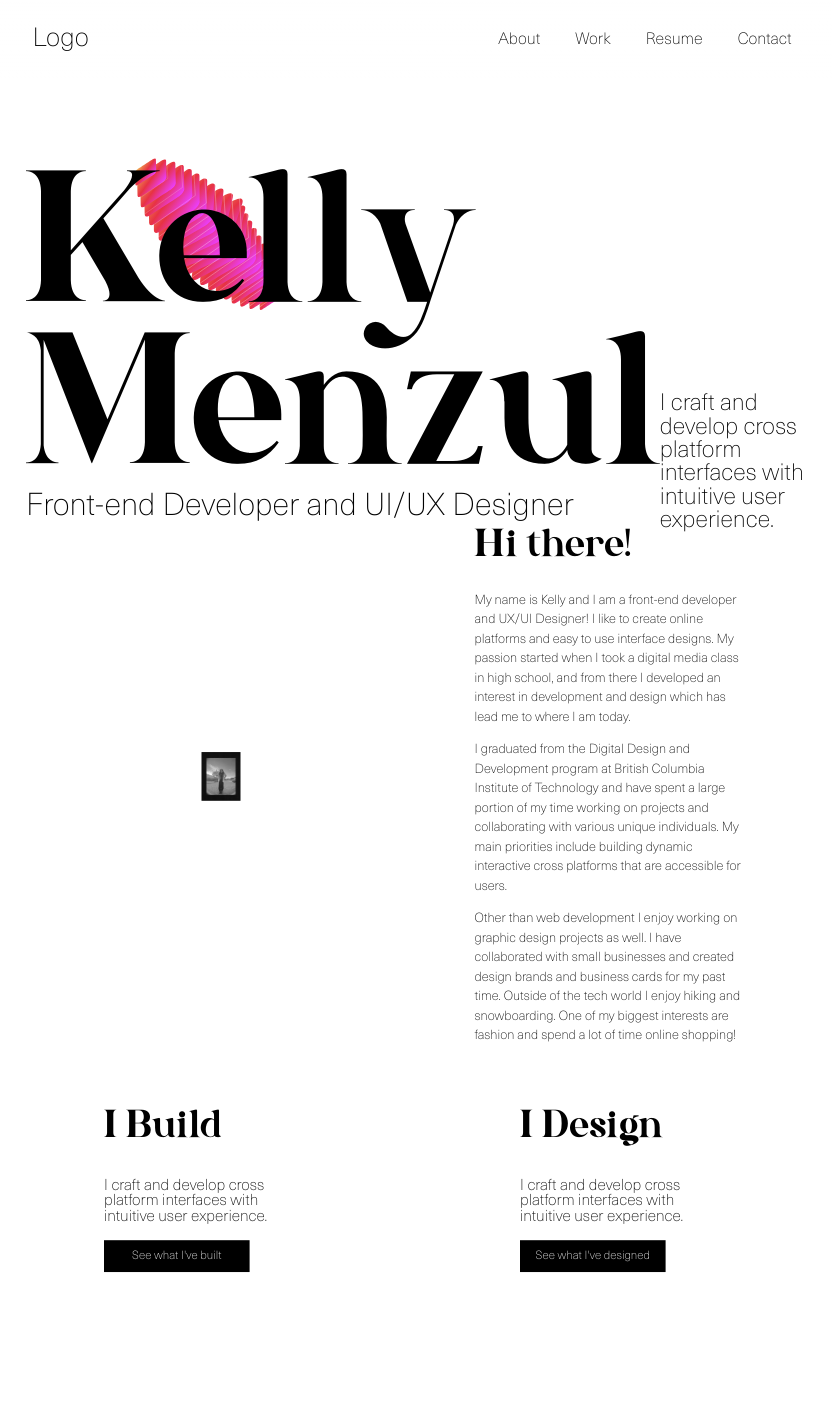
Repository: KellyMenzul/Kelly-Menzul
Page: /
These files come from the project's save history. The page is drawn as it stood at one moment and after a run of saves; the edit follows.
The browser window is 1280 px wide. The pictures show the whole page, at 65% of full size.
The project was rebuilt for these pictures with package versions that can differ from the ones it lists, and the page was loaded fresh each time. The framework's server and built-in components were replaced by stand-ins that run in the browser. Also part of the build but not shown: next.config.js.

Above is the page before, as saved 2022-01-20 15:06:37.

### pages/_document.js
import Document from 'next/document';
import { ServerStyleSheet } from 'styled-components';

export default class MyDocument extends Document {
 static async getInitialProps(ctx) {
   const sheet = new ServerStyleSheet();
   const originalRenderPage = ctx.renderPage;

   try {
     ctx.renderPage = () =>
       originalRenderPage({
         enhanceApp: (App) => (props) =>
           sheet.collectStyles(<App {...props} />),
       });

     const initialProps = await Document.getInitialProps(ctx);
     return {
       ...initialProps,
       styles: (
         <>
           {initialProps.styles}
           {sheet.getStyleElement()}
         </>
       ),
     };
   } finally {
     sheet.seal();
   }
 }
}

### pages/index.js
import Image from 'next/image'
import styled from 'styled-components'
import MenuBar from '../comps/MenuBar'
import Name from '../comps/Name'
import Position from '../comps/Position'
import Intro from '../comps/Intro'
import Head from '../comps/Head'
import Work from '../comps/Work'
import { useState, useEffect } from "react";
import Load from '../comps/Load'


const Holder = styled.div`
display:flex;
flex-direction:column;
width:100%;
flex-wrap:wrap;
`
const MenuHolder = styled.div`
display:flex;
flex-direction:column;
width:100%;
position:fixed;
`
const LandingHolder = styled.div`
display:flex;
position:relative;
width:100%;
height:100vh;
padding:40px;
flex-wrap:wrap;
`
const LandingHolderLeft = styled.div`
display:flex;
width:100%;
flex:2;
flex-direction:column;
justify-content:flex-end;
`

const LandingHolderRight = styled.div`
display:flex;
flex:1;
align-items:flex-end;
justify-content:flex-end;
`

const NameHolder = styled.div``

const IntroHolder = styled.div`
display:flex;
`
// About

const AboutHolder = styled.div`
display:flex;
flex-direction:row;
width:100%;
height:100vh;
padding:40px;
flex-wrap:wrap;
`

const  AboutHolderLeft = styled.div`
flex:1;
display:flex;
flex-direction:column;
justify-content:center;
align-items:center;
`

const  AboutHolderRight = styled.div`
display:flex;
flex-direction:column;
align-items:center;
justify-content:center;
flex:1;
`
const AboutMeHolder = styled.div`
display:flex;
flex-direction:column;
width:70%;
`

// work

const WorkHolder = styled.div `
display:flex;
flex-direction:row;
width:100%;
height:100vh;
flex-wrap:wrap;
`
const  WorkHolderLeft = styled.div`
display:flex;
align-items:center;
justify-content:center;
flex:1;
`

const  WorkHolderRight = styled.div`
flex:1;
display:flex;
align-items:center;
justify-content:center;
`

const LoadHolder = styled.div`
position:absolute;
z-index:-1;
right:0;
`
const TextHolder  =styled.div``

const HeroImage = styled.img`
width:10%;
`

export default function Home() {
  // const [setup1, setSetup1] =  useState(false)

  // if (setup1 === false) {
  //   setTimeout(() => {
  //     setSetup1(true)
  //   },5000)

  //   return <LoadHolder>
  //     <Load/>
  //     <TextHolder>Welcome</TextHolder>
  //   </LoadHolder>
  // }

  return (
    <Holder>
      <MenuHolder>
        <MenuBar />
      </MenuHolder>


      <LandingHolder id='landing'>
        <LoadHolder>
          <Load/>
        </LoadHolder>

        <LandingHolderLeft>
          <NameHolder>
            <Name/>
            <Position topmargin='-160px'/>
          </NameHolder>
        </LandingHolderLeft>

        <LandingHolderRight>
          <IntroHolder>
           <Intro/>
          </IntroHolder>
        </LandingHolderRight>
      </LandingHolder>

      <AboutHolder id='about'>
        <AboutHolderLeft>
          <HeroImage width="70%" src='/me.png'/>
        </AboutHolderLeft>
        <AboutHolderRight>
            <AboutMeHolder>
              <Head text='Hi there!'/>
              <Position fontsize='20px' text='My name is Kelly and I am a front-end developer and UX/UI Designer! I like to create online platforms and easy to use interface designs. My passion started when I took a digital media class in high school, and from there I developed an interest in development and design which has lead me to where I am today.'/>
              <Position fontsize='20px' text='I graduated from the Digital Design and Development program at British Columbia Institute of Technology and have spent a large portion of my time working on projects and collaborating with various unique individuals. My main priorities include building dynamic interactive cross platforms that are accessible for users.'/>
              <Position fontsize='20px' text='Other than web development I enjoy working on graphic design projects as well. I have collaborated with small businesses and created design brands and business cards for my past time. Outside of the tech world I enjoy hiking and snowboarding. One of my biggest interests are fashion and spend a lot of time online shopping!'/>
            </AboutMeHolder>
        </AboutHolderRight>
      </AboutHolder>

      <WorkHolder id='work'>
        <WorkHolderLeft>
          <Work routeTo='/development' buttontext="See what I've built" text='I craft and develop cross platform interfaces with intuitive user experience.' headerhere='I Build'/>
        </WorkHolderLeft>
        <WorkHolderRight>
          <Work routeTo='/design' buttontext="See what I've designed" text='I craft and develop cross platform interfaces with intuitive user experience.' headerhere='I Design'/>
        </WorkHolderRight>
      </WorkHolder>



    </Holder>
  )
}

### styles/globals.css
@font-face {
  font-family: "textbold";
  src: url(../public/fonts/NeueHaasUnica/NeueHaasUnica-Bold.ttf);
  font-display: swap;
}

@font-face {
  font-family: "textlight";
  src: url(../public/fonts/NeueHaasUnica/NeueHaasUnica-ExtraLight.ttf);
  font-display: swap;
}

@font-face {
  font-family: "heading";
  src: url(../public/fonts/GishellaMorely/Gishella\ Morely.ttf);
  font-display: swap;
}

html,
body {
  padding: 0;
  margin: 0;
  font-family: "textlight";
  scroll-behavior: smooth;
}


a {
  color: inherit;
  text-decoration: none;
}

* {
  box-sizing: border-box;
}

### comps/MenuBar/index.js
import styled from "styled-components";
import React from "react";
import Link from "next/link";

const Holder = styled.div `
display:flex;
align-items:center;
justify-content:center;
width:100%;
background: rgb(255,255,255);
background: linear-gradient(180deg, rgba(255,255,255,1) 0%, rgba(148,187,233,0) 100%);
`
const LogoHolder = styled.div `
margin-left:50px;
`

const Left = styled.div`
flex:1;
`

const Right = styled.div`
flex:1;
display:flex;
justify-content:flex-end;
`

const MenuButtonHolder = styled.div`
display:flex;
flex-firection:row;
width:100%;
justify-content:flex-end;
gap:30px;
margin-right:50px;
`

const MenuButton = styled.button`
border-style:none;
background-color:${props=>props.bgcolor};
font-family:"textlight";
font-size:25px;
color:black;
padding:12px;

&:hover {
    text-decoration:underline;
}
`

const Logo = styled.p`
font-size:40px;
`


const MenuBar = ({
    onButtonPress=()=>{},
    bgcolor="transparent",
}) => {

    return <Holder>
        <Left>
            <Link href="#landing">
            <LogoHolder>
                <Logo>Logo</Logo>
            </LogoHolder>
            </Link>
        </Left>
        <Right>
            <MenuButtonHolder>
                <Link href="#about">
                    <MenuButton bgcolor={bgcolor} onClick={()=>{onButtonPress()}}>About</MenuButton>
                </Link>

                <Link href="#work">
                <MenuButton bgcolor={bgcolor}>Work</MenuButton>
                </Link>

                <MenuButton bgcolor={bgcolor}>Resume</MenuButton>

                <Link href="mailto:kmnzul@gmail.com">
                <MenuButton bgcolor={bgcolor}>Contact</MenuButton>
                </Link>

            </MenuButtonHolder>
        </Right>
    </Holder>
}

export default MenuBar;

### comps/Name/index.js
import styled from "styled-components";
import React from "react";
import { style } from "@mui/system";

const TextHolder = styled.div `
dispay:flex;
flex-wrap:wrap;
width:100%;

`

const Text = styled.h1`
font-family:"heading";
font-size:288px;
font-weight:400;
line-height:250px;
`

const Name = ({}) => {
    return <TextHolder>
        <Text>Kelly Menzul</Text>
        </TextHolder>

}

export default Name;

### comps/Position/index.js
import styled from "styled-components";
import React from "react";

const TextHolder = styled.div`
dispay:flex;
flex-wrap:wrap;
width:100%;
`

const Text = styled.p`
font-family:"textlight";
font-size:${props=>props.fontsize};
font-weight:400;
margin-top:${props=>props.topmargin};
line-height:30px;
`
// margin-top:-160px;
const Position = ({
    text = "Front-end Developer and UI/UX Designer",
    fontsize = "48px",
    topmargin = "0px"
}) => {
    return <TextHolder>
    <Text topmargin={topmargin} fontsize={fontsize}>{text}</Text>
    </TextHolder>
}

export default Position;

### comps/Intro/index.js
import styled from "styled-components";
import React from "react";

const TextHolder = styled.div `
dispay:flex;
flex-wrap:wrap;
width:100%;

`

const Text = styled.h1`
font-family:"textlight";
font-weight:400;
font-size:36px;
`

const Intro = ({}) => {
    return <TextHolder>
        <Text>I craft and develop cross platform interfaces with intuitive user experience.</Text>
        </TextHolder>

}

export default Intro;

### comps/Head/index.js
import styled from "styled-components";
import React from "react";

const TextHolder = styled.div `
dispay:flex;
flex-wrap:wrap;
width:100%;

`

const Text = styled.h1`
font-family:"heading";
font-size:${props=>props.headsize};
font-weight:400;
`

const Head = ({
    headsize="60px",
    text="Heading"
}) => {
    return <TextHolder>
        <Text headsize={headsize}>{text}</Text>
        </TextHolder>

}

export default Head;

### comps/Work/index.js
import styled from "styled-components";
import React from "react";
import Head from "../Head";
import Position from "../Position";
import router, {useRouter} from 'next/router';

const Holder = styled.div `
display:flex;
flex-direction:column;
width:50%;
`

const Header = styled.h2 `
font-family:"heading";
font-size:${props=>props.headsize};
font-weight:400;
`

const Text = styled.p `
font-family:"textlight";
font-size:${props=>props.fontsize};
font-weight:400;
margin-top:${props=>props.topmargin};
`

const Button = styled.button `
border-style:none;
font-family:"textlight";
color:white;
background-color:black;
font-size:18px;
padding:15px;
width:70%;
transition:1s;

&: hover {
    background-color:#FF312E;
}


`

// margin-top:-160px;
const Work = ({
    headsize="60px",
    text = "text",
    fontsize = "24px",
    topmargin = "0px",
    headerhere='header',
    buttontext =  "buttontext",
    routeTo = '/.'

}) => {
    return <Holder>
        <Header headsize={headsize}>{headerhere}</Header>
        <Text topmargin={topmargin} fontsize={fontsize}>{text}</Text>
        <Button onClick={()=>router.push(routeTo)}>{buttontext}</Button>

    </Holder>
}

export default Work;

### comps/Load/index.js
import styled from 'styled-components';
import React, {useEffect, useRef, useState} from 'react';
import lottie from 'lottie-web';


const Container = styled.div`
    max-width:50%;
`

// const Buttons = styled.button``
var anim = null;


const Load = ({}) => {
    const container = useRef(null)

    useEffect(() => {
        anim = lottie.loadAnimation({
            container: container.current,
            renderer: 'svg',
            loop: true,
            autoplay:true,
            animationData: require('../../public/load.json')

        })
        lottie.setSpeed(0.3);
        setTimeout(() => {
            anim.pause()
        }, 61000);
    }, [])

    return <Container>
        <div className="container" ref={container}></div>
    </Container>
}

export default Load;

Loaded but not shown: pages/_app.js (common file); public/load.json (1 lines, source omitted)

After the next 2 saves:
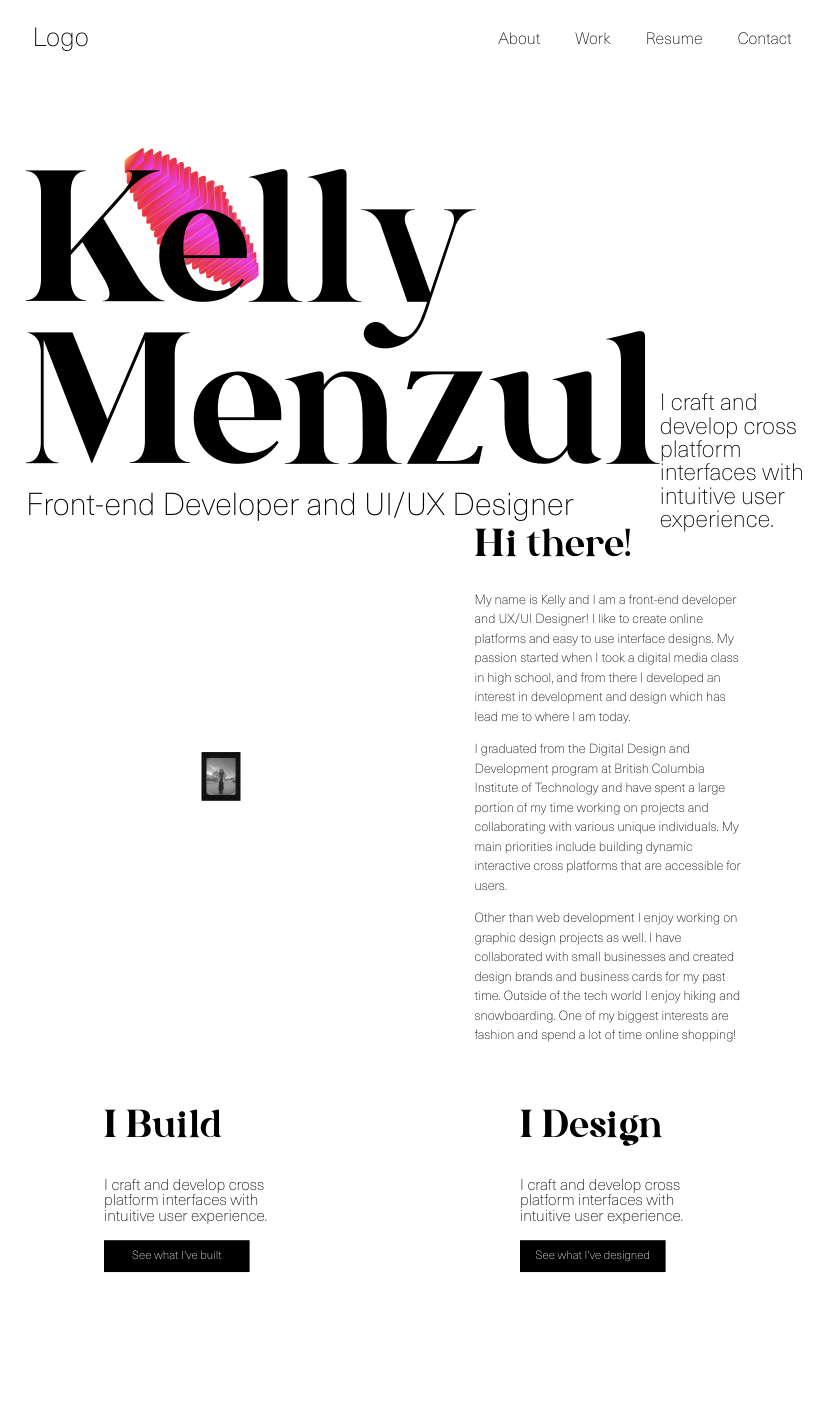
The 2 saves are shown as one change because they came seconds apart.
The last was saved 7 s later.
--- a/pages/index.js
+++ b/pages/index.js
@@ -108,7 +108,7 @@ justify-content:center;
 const LoadHolder = styled.div`
 position:absolute;
 z-index:-1;
-right:0;
+right:100px;
 `
 const TextHolder  =styled.div``
 
